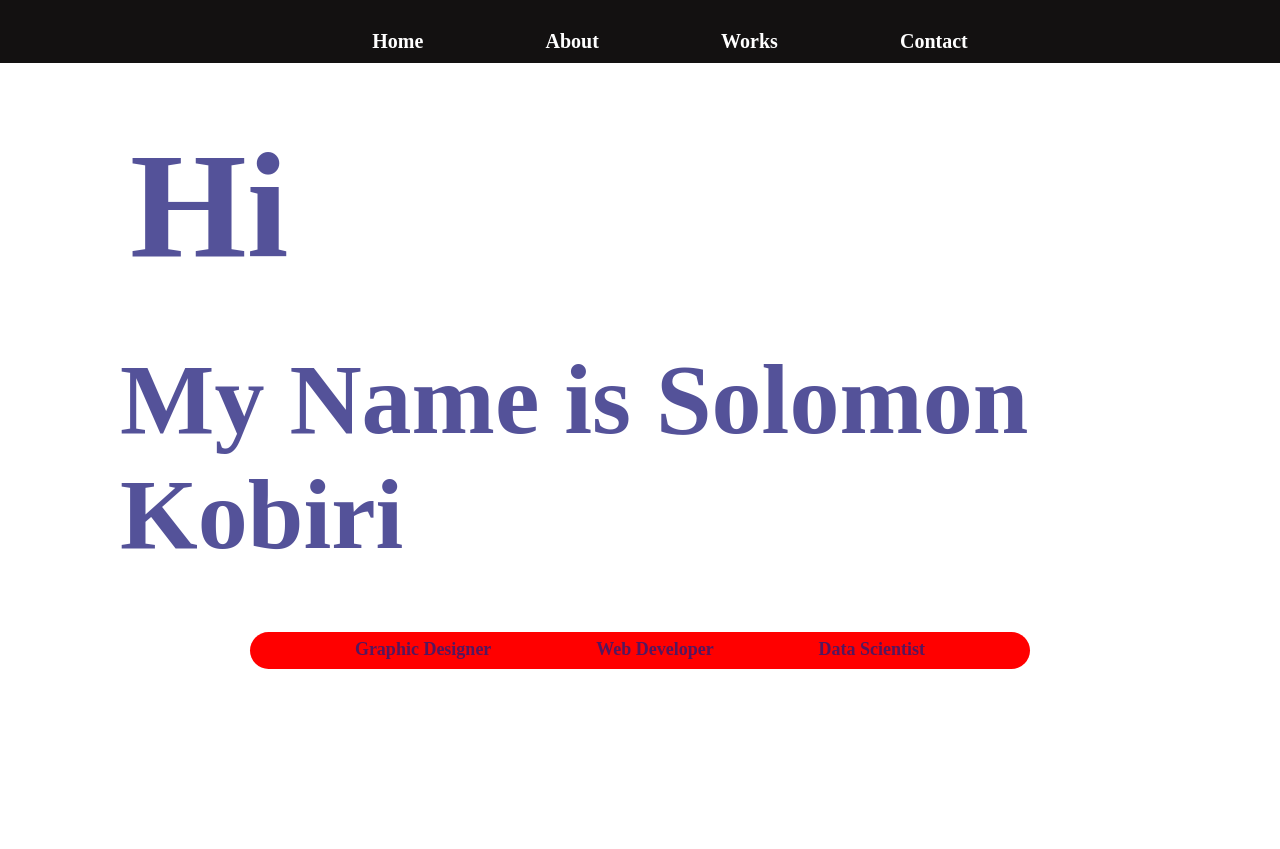
Repository: Kwabena-Kobiri/yellocoders
Page: index.html
These files come from the project's save history. The page is drawn as it stood at one moment and after the next save; the edit follows.
The browser window is 1280 px wide. The pictures show the whole page.

Above is the page before, as saved 2021-05-05 22:50:55.

### index.html
<!DOCTYPE html>
<html lang="en">
<head>
    <meta charset="UTF-8">
    <meta http-equiv="X-UA-Compatible" content="IE=edge">
    <meta name="viewport" content="width=device-width, initial-scale=1.0">
    <link rel="stylesheet" href="index.css" />
    <title>Y'ello</title>
</head>
<body>
    <!-- HEADER COMPONENT STARTS HERE -->
    <header id="header">
        <nav id="nav">
            <ul>
                <li>Home</li>
                <li>About</li>
                <li>Works</li>
                <li>Contact</li>
            </ul>
        </nav>
    </header>
    <!-- HEADER COMPONENT ENDS HERE -->


    <!-- LANDING PAGE STARTS HERE  -->
    <section id="LandingPage">
        <div class="Details">
            <h1>Hi</h1>
            <h3>My Name is Solomon Kobiri</h3>
        </div>
        <div class="Skills">
            <h5>Graphic Designer</h5>
            <h5>Web Developer</h5>
            <h5>Data Scientist</h5>
        </div>
    </section>
    <!-- LANDING PAGE ENDS HERE -->
</body>
</html>

### index.css
* {
    /* background-color: red; */
    margin: 0px;
}

/* HEADER STYLING STARTS HERE */
#header {
    background-color: rgba(19, 17, 17, 1);
    justify-content: center;
    padding: 10px;
    width: 100%;
    position: fixed;
    z-index: 999;
    color: white;
}

#nav {
    margin: 20px 200px 0px 200px;
    /* background-color: blue; */
}

#nav > ul {
    display: flex;
    flex-direction: row;
    justify-content: space-evenly;
    list-style: none;
}

#nav > ul > li {
    text-decoration: none;
    font-size: 20px;
    font-weight: 550;
}

/* HEADER STYLING ENDS HERE */


/* LANDING PAGE STYLING STARTS HERE */
#LandingPage {
    position: absolute;
    width: 100%;
    z-index: 0;
    color: rgba(32, 30, 122, 0.767);
    /* background-color: red; */
}

.Details {
    margin-top: 100px;
    margin-left: 100px;
    /* background-color: aqua;  */
}

.Details > h1 {
    margin: 50px 0px 20px 10px;
    font-size: 150px;
    padding: 20px;
}

.Details > h3 {
    margin-left: 10px;
    font-size: 100px;
    padding: 10px;
    justify-content: center;
}

.Skills {
    background-color: red;
    margin: 50px 250px 180px 250px;
    display: flex;
    flex-direction: row;
    justify-content: space-evenly;
    height: 30px;
    padding-top: 7px;
    border-radius: 20px;
}

.Skills > h5 {
    font-size: large;
    font-weight: bolder;
}

/* LANDING PAGE STYLING ENDS HERE */

After the next save:
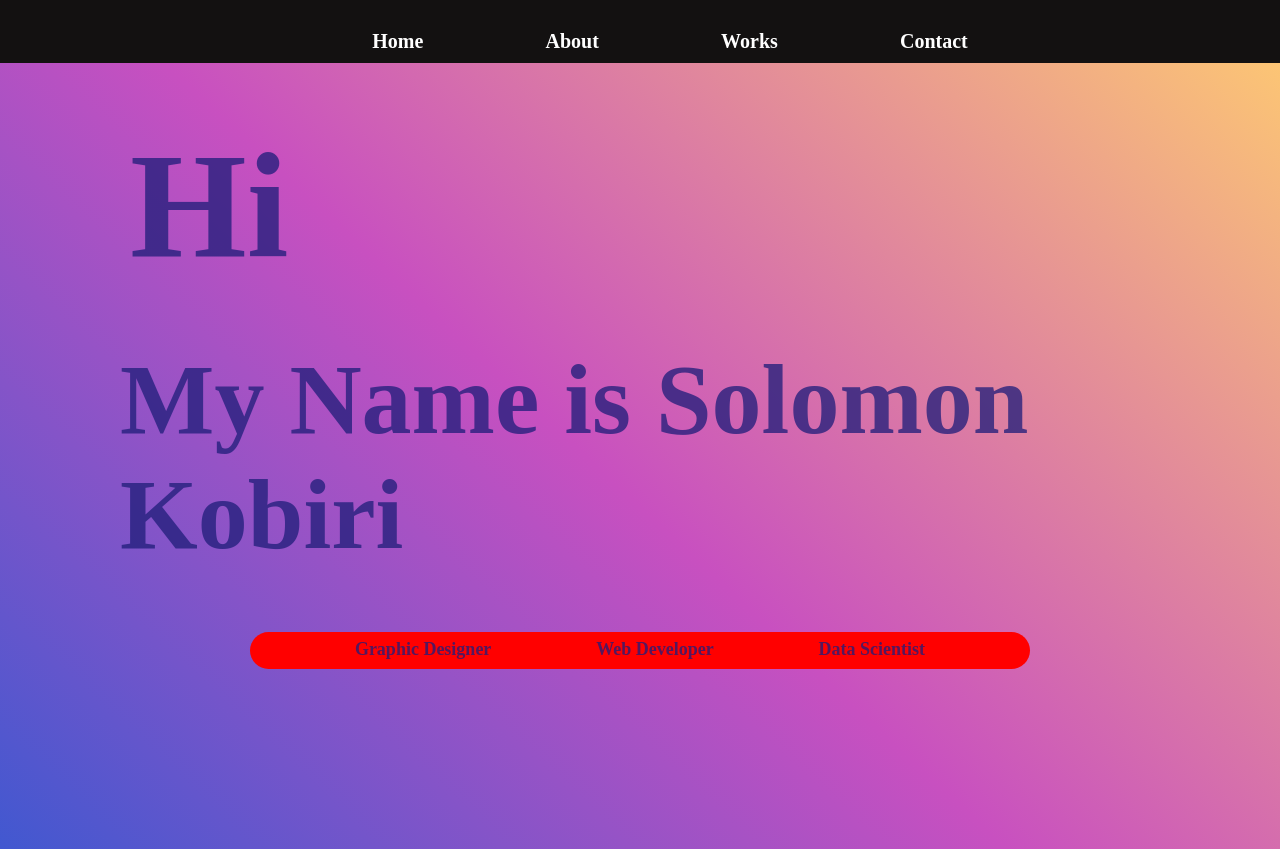
Saved 2 min 8 s later.
--- a/index.css
+++ b/index.css
@@ -41,6 +41,8 @@
     width: 100%;
     z-index: 0;
     color: rgba(32, 30, 122, 0.767);
+    background-color: #4158D0;
+    background-image: linear-gradient(43deg, #4158D0 0%, #C850C0 46%, #FFCC70 100%);
     /* background-color: red; */
 }
 
